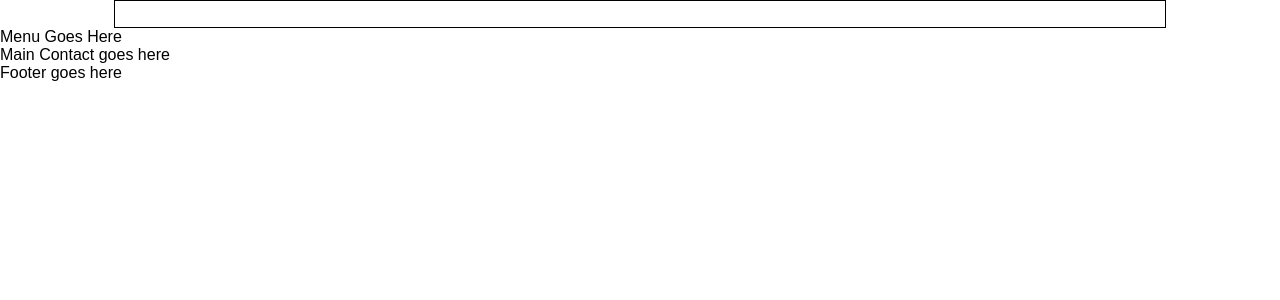
Repository: yazshrilld/food_order
Page: http://localhost/admin/index.php
The author's editor kept a copy of each file at every save. The page is drawn from the files as they stood at one save, then again after a run of saves.
The browser window is 1280 px wide. The pictures show the whole page.
The page is run by PHP 8.4 with error messages shown; the project is at /var/www/html/.

Above is the page before, as saved 2021-01-24 16:02:33.

After the next 3 saves:
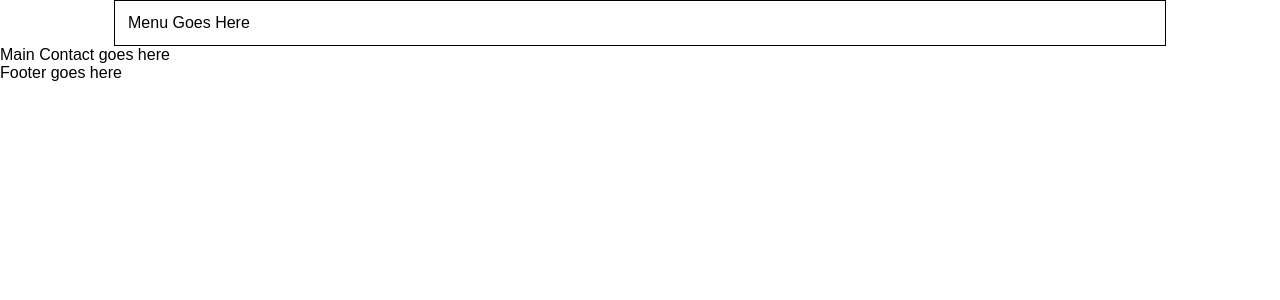
The 3 saves are shown as one change because they came seconds apart.
The last was saved 12 s later.
--- a/admin/index.php
+++ b/admin/index.php
@@ -8,9 +8,9 @@
             <div class="menu">
             <div class="wrapper">
 
-            </div>
-                Menu Goes Here
-            </div>
+            Menu Goes Here
+
+            </div></div>
         <!-- Menu Section Ends -->
 
         <!-- Main Content Section Starts -->

After the save that followed:
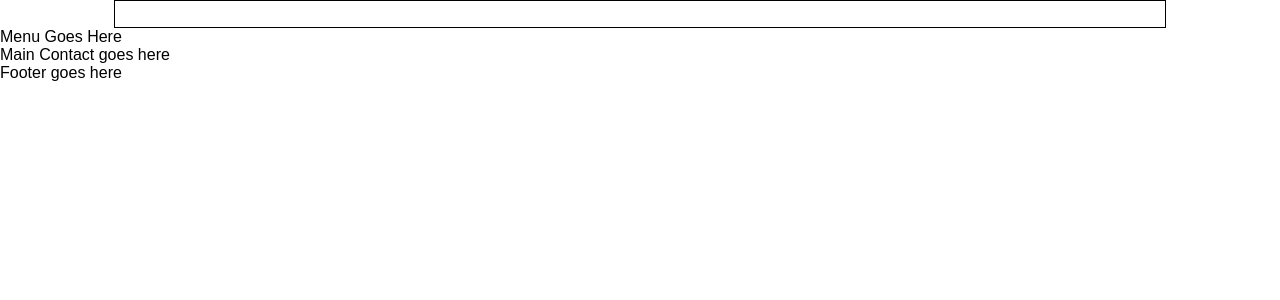
Saved 5 s later.
--- a/admin/index.php
+++ b/admin/index.php
@@ -8,9 +8,9 @@
             <div class="menu">
             <div class="wrapper">
 
-            Menu Goes Here
-
-            </div></div>
+            </div>
+                Menu Goes Here
+            </div>
         <!-- Menu Section Ends -->
 
         <!-- Main Content Section Starts -->
